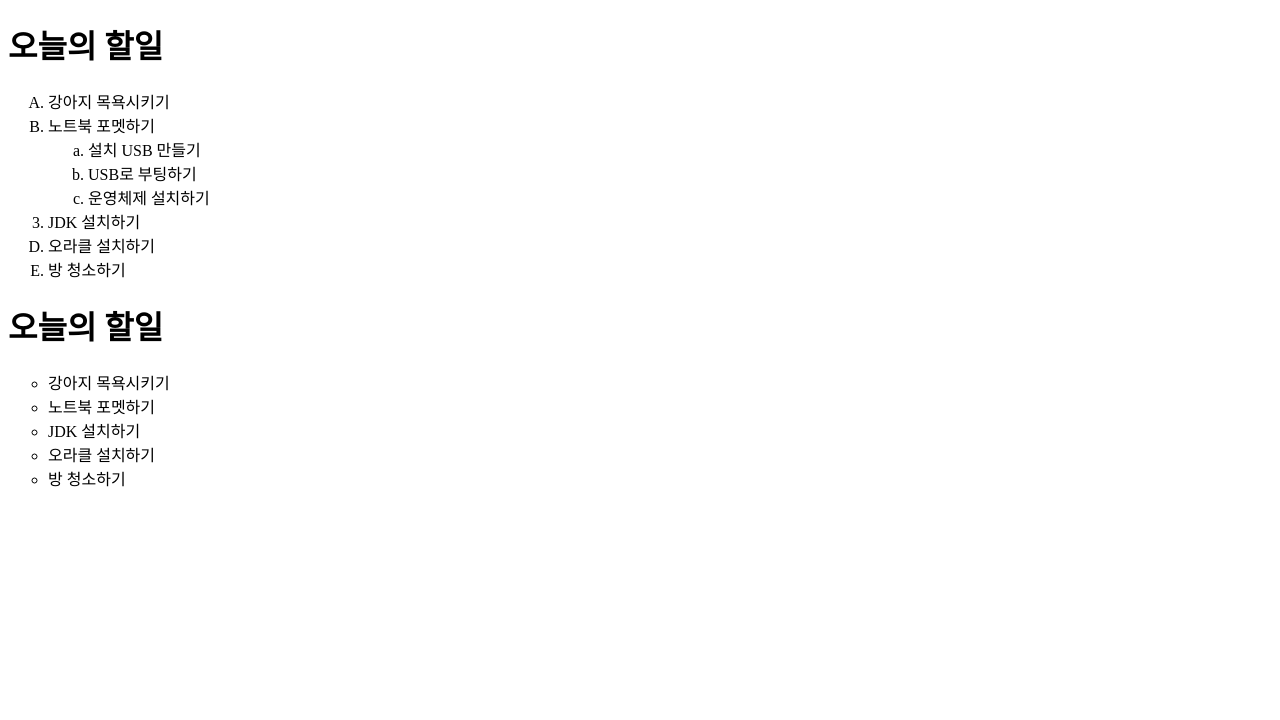
Repository: zzzzzzin/Client
Page: ClientTest/src/main/webapp/html/ex11_list.html
These files come from the project's save history. The page is drawn as it stood at one moment and after the next save; the edit follows.
The browser window is 1280 px wide. The pictures show the whole page.

Above is the page before, as saved 2024-03-13 01:42:23.

### ClientTest/src/main/webapp/html/ex11_list.html
<!DOCTYPE html>
<html>
<head>
<meta charset="EUC-KR">
<title>ex11_list</title>
<style>

	/*
	h1 {
		font-weight: nomal;
		font-size:16px;
	}

	ol > li, ul > li {
		display: inline;
	}
	*/
</style>
</head>
<body>
	<!--
		List, 목록
		1. <ol> + <li>
			- <ol>: Ordered List, 순서가 있는 목록
			- <li>: List Item, 항목

		2. <ul> + <li>
			- <ul>: Unodered List, 순서가 없는 목록
			- <li>: List Item, 항목

		3. <dl> + <dt> + <dd>




	-->
	<h1>오늘의 할일</h1>
	<ol type="A">
		<li>강아지 목욕시키기</li>
		<li>
			노트북 포멧하기
			<ol type="a">
				<li>설치 USB 만들기</li>
				<li>USB로 부팅하기</li>
				<li>운영체제 설치하기</li>
			</ol>
		</li>
		<li type="1">JDK 설치하기</li><!-- 권장하지 않음! -->
		<li>오라클 설치하기</li>
		<li>방 청소하기</li>
	</ol>

	<!-- 쩜 > bullet -->
	<h1>오늘의 할일</h1>
	<ul type="circle">
		<li>강아지 목욕시키기</li>
		<li>노트북 포멧하기</li>
		<li>JDK 설치하기</li>
		<li>오라클 설치하기</li>
		<li>방 청소하기</li>
	</ul>
</body>
</html>

After the next save:
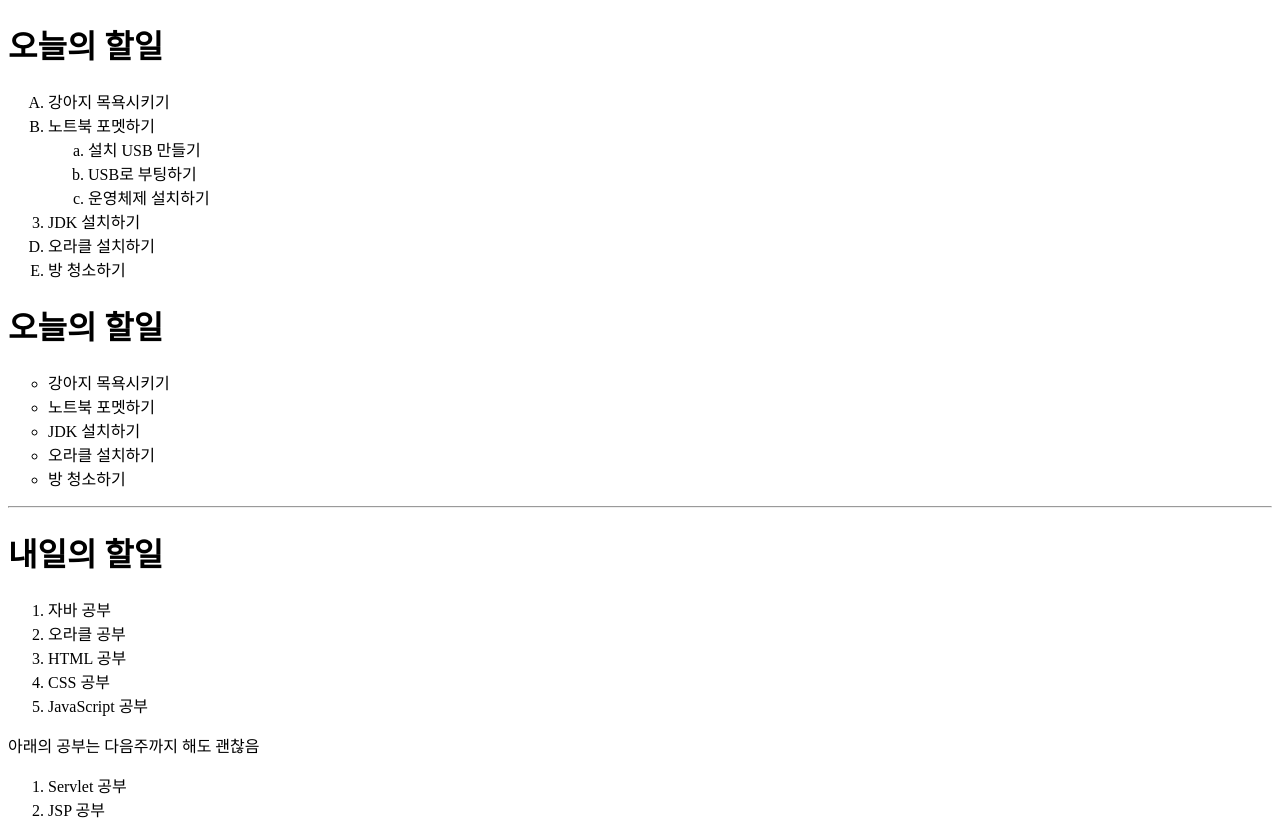
Saved 2 min 45 s later.
--- a/ClientTest/src/main/webapp/html/ex11_list.html
+++ b/ClientTest/src/main/webapp/html/ex11_list.html
@@ -59,5 +59,36 @@
 		<li>오라클 설치하기</li>
 		<li>방 청소하기</li>
 	</ul>
+
+	<hr>
+	<h1>내일의 할일</h1>
+	<ol>
+		<li>자바 공부</li>
+		<li>오라클 공부</li>
+		<li>HTML 공부</li>
+		<li>CSS 공부</li>
+		<li>JavaScript 공부</li>
+	</ol>
+
+	<p>아래의 공부는 다음주까지 해도 괜찮음</p>
+
+	<ol>
+		<li>Servlet 공부</li>
+		<li>JSP 공부</li>
+	</ol>
+
+
+
+
+
+
+
+
+
+
+
+
+
+
 </body>
 </html>
